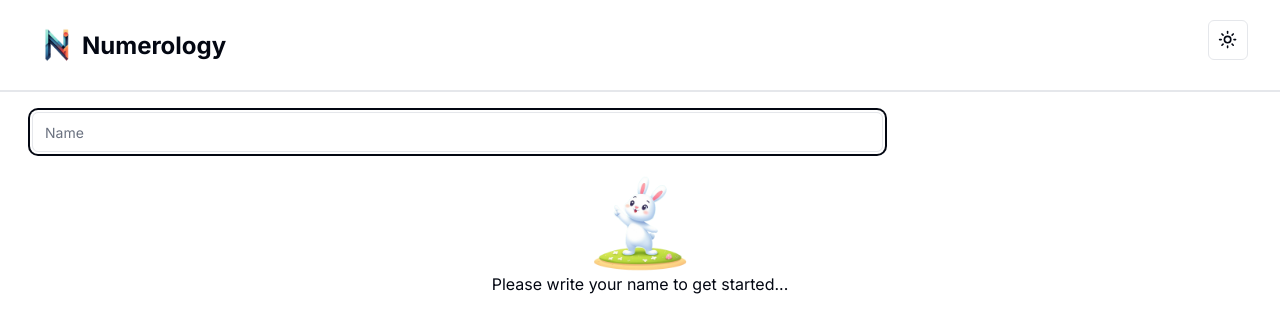
Repository: RaghunadhSahitDruvam/mynumerology
Page: /
An editor plug-in stored every save of this project. The page is shown before and after the next save, followed by the edit.
The browser window is 1280 px wide. The pictures show the whole page.
The page's requests for data from a server got no answer. The project was rebuilt for these pictures with package versions that can differ from the ones it lists, and the page was loaded fresh each time. The framework's server and built-in components were replaced by stand-ins that run in the browser. No one was signed in, and anything a server would have sent is missing. Also part of the build but not shown: next.config.js.

Above is the page before, as saved 2023-12-19 16:19:54.

After the next save:
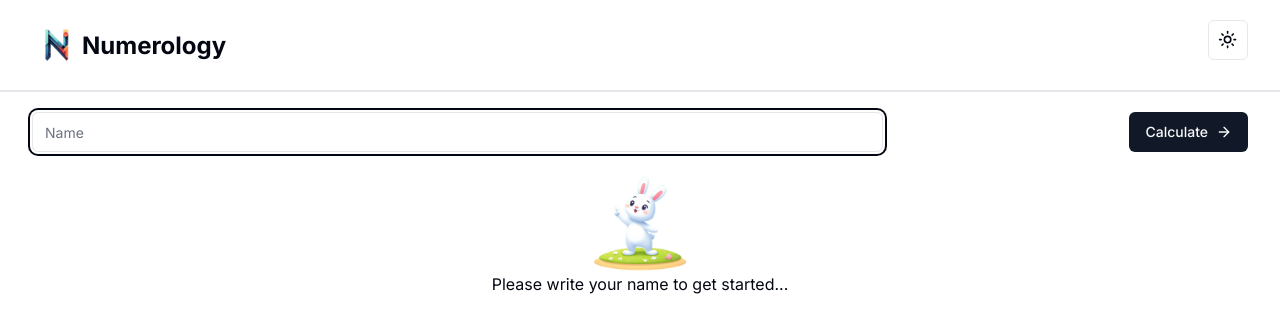
Saved 45 s later.
--- a/app/page.tsx
+++ b/app/page.tsx
@@ -3,6 +3,7 @@
 import React, { useEffect, useRef, useState } from "react";
 import { Input } from "@/components/ui/input";
 import { Button } from "@/components/ui/button";
+import { ArrowRight } from "lucide-react";
 import axios from "axios";
 import Header from "@/components/header";
 import Image from "next/image";
@@ -35,40 +36,52 @@ const Page: React.FC = () => {
   }, [search, textName]);
 
   const inputFocusRef = useRef(null);
+  const buttonRef = useRef(null);
   useEffect(() => {
     inputFocusRef.current.focus();
+    if (search !== null) {
+      if (buttonRef.current) {
+        buttonRef.current.click();
+      }
+    }
   }, []);
-
-  console.log(textName);
-  axios
-    .get(`https://phinzi.com/convert?name=${textName}`)
-    .then((res) => setDataSource(res.data));
+  const submitHandler = (e: React.FormEvent<HTMLFormElement>) => {
+    e.preventDefault();
+    axios
+      .get(`https://phinzi.com/convert?name=${textName}`)
+      .then((res) => setDataSource(res.data));
+  };
 
   const updateURL = (newTextName: string) => {
     // Update the URL without a page reload
     router.push(`?name=${encodeURIComponent(newTextName)}`);
   };
-  const handleInputChange = () => {
-    const newValue = inputFocusRef.current?.value || "";
-    setTextName(newValue);
-    updateURL(newValue);
-  };
 
   return (
     <div className="">
       <Header />
 
       <div>
-        <div className="container gap flex justify-between">
+        <form
+          className="container gap flex justify-between"
+          onSubmit={(e) => submitHandler(e)}
+        >
           <Input
             type="text"
             placeholder="Name"
             className="w-[70%]"
             value={textName}
-            ref={inputFocusRef} // Attach the ref to the input element
-            onChange={handleInputChange} // Use the ref's current value
+            ref={inputFocusRef}
+            onChange={(e) => {
+              const newValue = e.target.value;
+              setTextName(newValue);
+              updateURL(newValue); // Update the URL when input changes
+            }}
           />
-        </div>
+          <Button type="submit" ref={buttonRef}>
+            Calculate <ArrowRight className="ml-2 h-4 w-4" />
+          </Button>
+        </form>
       </div>
       {dataSource ? (
         <>
